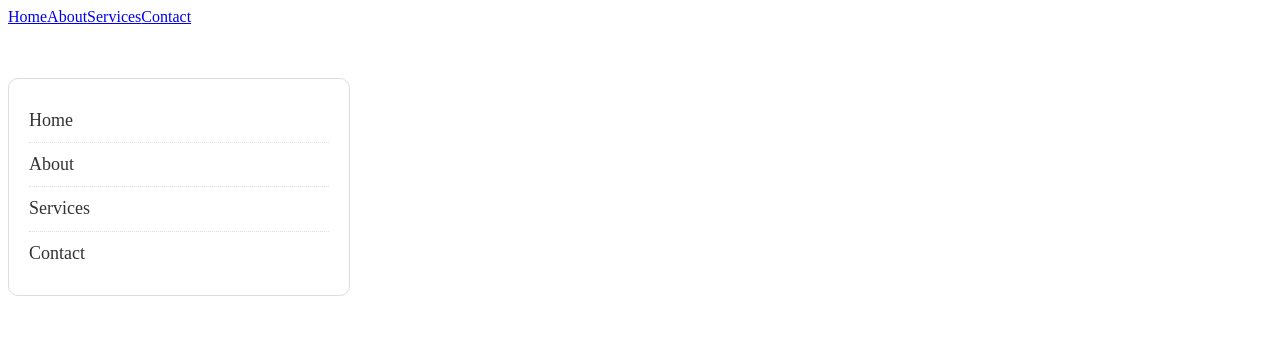
Repository: andiausrust/css-traversy
Page: menus/index.html
The author's editor kept a copy of each file at every save. The page is drawn from the files as they stood at one save, then again after the next save.
The browser window is 1280 px wide. The pictures show the whole page.

Above is the page before, as saved 2020-08-20 11:28:56.

### menus/index.html
<!DOCTYPE html>
<html lang="en">
    <head>
        <meta charset="UTF-8" />
        <meta name="viewport" content="width=device-width, initial-scale=1.0" />
        <link rel="stylesheet" href="./css/style.css" />
        <title>Menu Styling</title>
    </head>
    <body>
        <ul class="navbar">
            <li><a href="#">Home</a></li>
            <li><a href="#">About</a></li>
            <li><a href="#">Services</a></li>
            <li><a href="#">Contact</a></li>
        </ul>
        <br />
        <br />
        <br />
        <ul class="side-menu">
            <li><a href="#">Home</a></li>
            <li><a href="#">About</a></li>
            <li><a href="#">Services</a></li>
            <li><a href="#">Contact</a></li>
        </ul>
    </body>
</html>

### menus/css/style.css
.side-menu {
    list-style: none;
    border: 1px solid #ddd;
    border-radius: 10px;
    width: 300px;
    padding: 20px;
}

.side-menu li {
    font-size: 18px;
    line-height: 2.4em;
    border-bottom: dotted 1px #ddd;
}

.side-menu li:last-child {
    border-bottom: none;
}

.side-menu li a {
    color: #333;
    text-decoration: none;
}

.side-menu li a:hover {
    color: coral;
}

/* Navbar Styling */
.navbar {
    list-style: none;
    margin: 0;
    padding: 0;
    background: blueviolet;
    border-radius: 5px;
}

.navbar li {
    float: left;
}

After the next save:
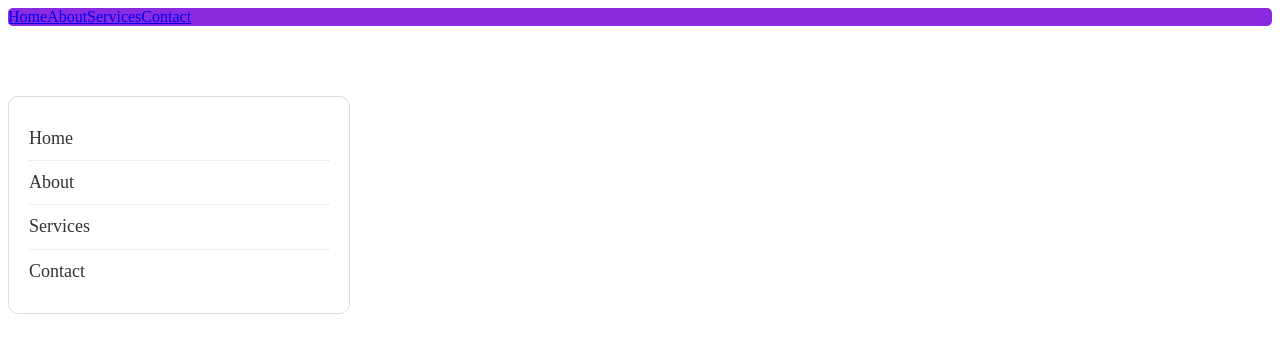
Saved 18 s later.
--- a/menus/css/style.css
+++ b/menus/css/style.css
@@ -32,6 +32,7 @@
     padding: 0;
     background: blueviolet;
     border-radius: 5px;
+    overflow: auto;
 }
 
 .navbar li {
